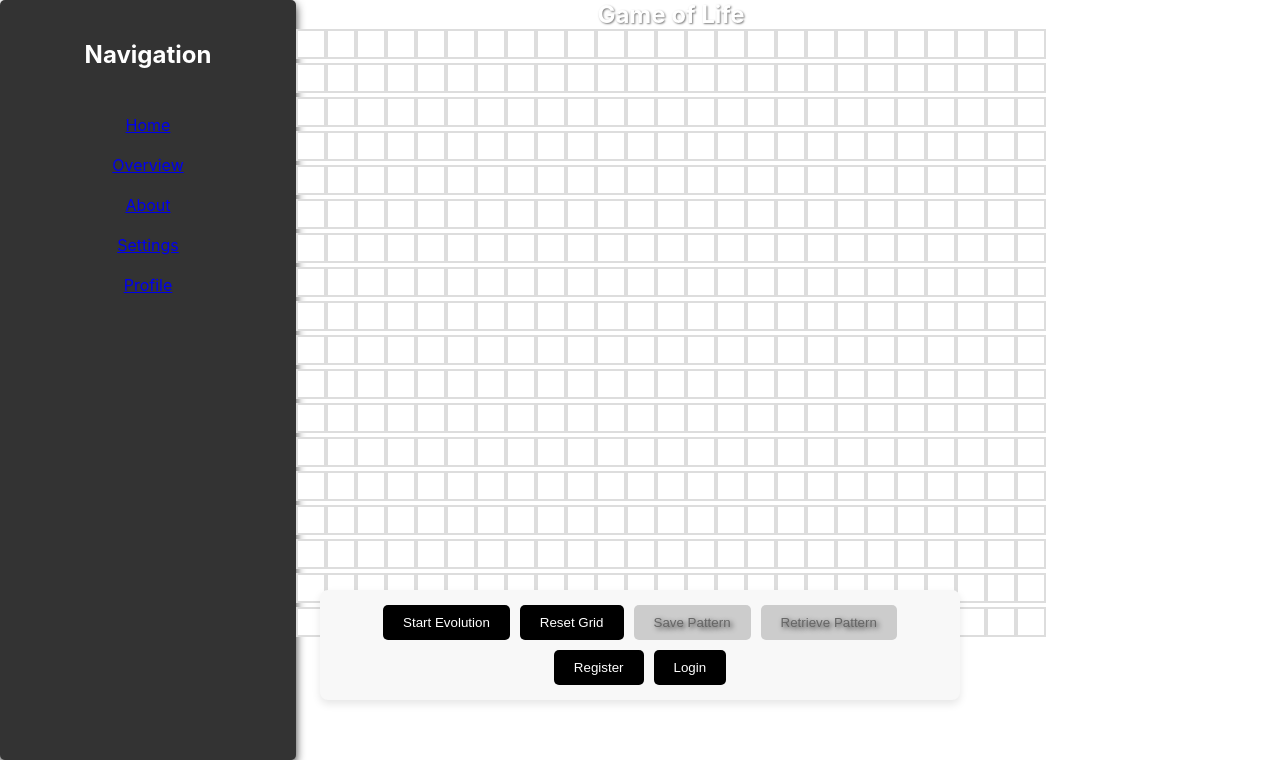
Repository: MarioDiekmann/GameOfLife
Page: /
An editor plug-in stored every save of this project. The page is shown before and after the next save, followed by the edit.
The browser window is 1280 px wide. The pictures show the whole page.
An inner scrolling area shows only its first screen. The project was rebuilt for these pictures with package versions that can differ from the ones it lists, and the page was loaded fresh each time. Also part of the build but not shown: src/components/InputForm.js, src/components/LoadPatternForm.js, src/components/RegistrationForm.js, src/components/LoginForm.js, src/pages/Overview.js.

Above is the page before, as saved 2024-11-06 22:29:03.

After the next save:
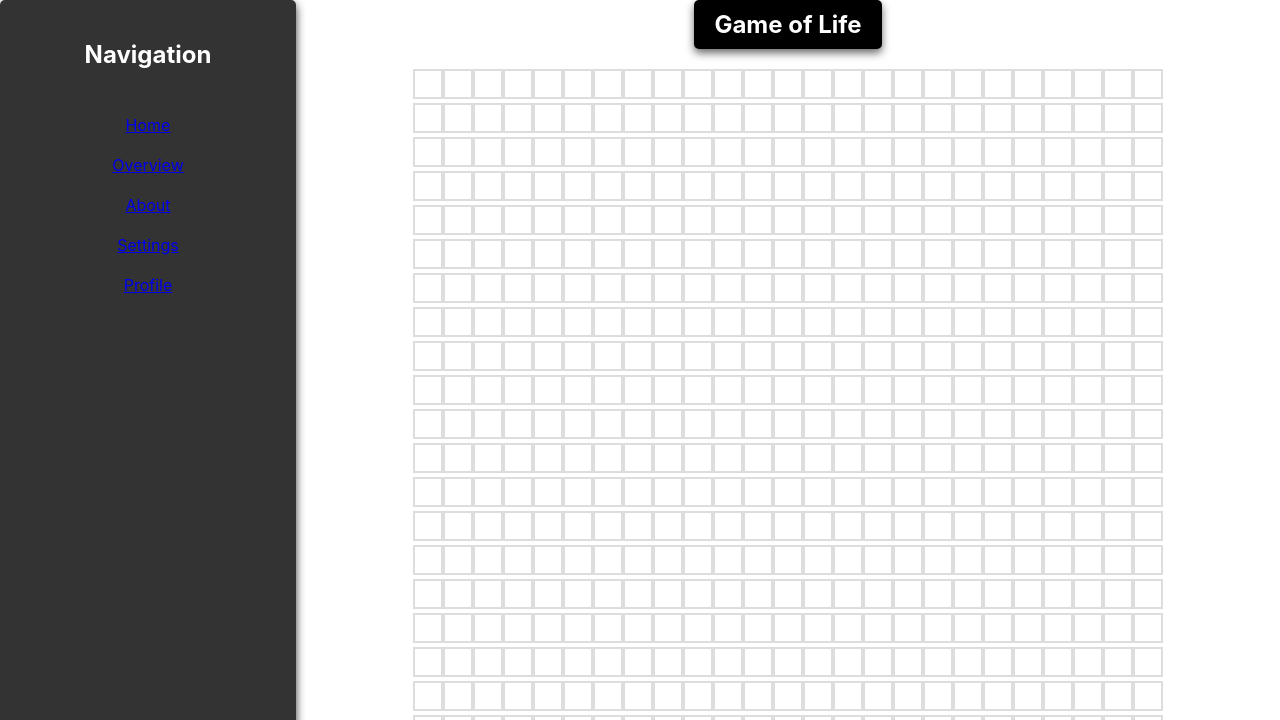
Saved 48 s later.
--- a/src/components/Game.js
+++ b/src/components/Game.js
@@ -282,25 +282,25 @@ const Game = () => {
     return (
         <div style={{ display: 'flex', height: '100vh' }}>
             <NavBar />
-            <div className="game-container">
+            <div style={{ flexGrow: 1, display: 'flex', flexDirection: 'column', alignItems: 'center' }}>
                 <div className="banner">
                     <h1>Game of Life</h1>
                 </div>
-
-                <div className="grid-area">
-                    {renderGrid()}
-                </div>
-
+                <br />
+
+                {renderGrid()}
                 <div className="button-container">
-                    <button className="button" onClick={isEvolving ? stopEvolution : startEvolution}>
-                        {isEvolving ? "Stop Evolution" : "Start Evolution"}
-                    </button>
-                    <button className="button reset-btn" onClick={resetGrid}>Reset Grid</button>
-                    <button className="button" onClick={makeFormVisible} disabled={!tokenPresent}>Save Pattern</button>
-                    <button className="button" onClick={makeRequestVisible} disabled={!tokenPresent}>Retrieve Pattern</button>
-                    <button className="button" onClick={makeRegistrationVisible}>Register</button>
-                    <button className="button" onClick={makeLoginVisible}>{token ? "Logout" : "Login"}</button>
-                </div>
+    <button className="button" onClick={isEvolving ? stopEvolution : startEvolution}>
+        {isEvolving ? "Stop Evolution" : "Start Evolution"}
+    </button>
+    <button className="button reset-btn" onClick={resetGrid}>Reset Grid</button>
+    {/*<div>EPOCHS: {epochs}</div>*/}
+    <button className="button" onClick={makeFormVisible} disabled={!tokenPresent}>Save Pattern</button>
+    <button className="button" onClick={makeRequestVisible} disabled={!tokenPresent}> Retrieve Pattern</button>
+    <button className="button" onClick={makeRegistrationVisible}>Register</button>
+    <button className="button" onClick={makeLoginVisible}>{token ? "Logout" : "Login"}</button>
+</div>
+
 
                 {/* Show the form conditionally */}
                 {isFormVisible && (
@@ -313,7 +313,7 @@ const Game = () => {
                 {patternRequested && (
                     <div className="popup-overlay">
                         <div className="popup-content">
-                            <LoadPatternForm onSubmit={closeForm} dataHandling={retrievePattern} />
+                            <LoadPatternForm onSubmit={closeForm} dataHandling={retrievePattern}  />
                         </div>
                     </div>
                 )}
@@ -334,7 +334,6 @@ const Game = () => {
             </div>
         </div>
     );
-
 };
 
 export default Game;
--- a/src/components/Game.css
+++ b/src/components/Game.css
@@ -1,44 +1,51 @@
-/* Set the height and make it scrollable if necessary */
-.game-container {
+/* Ensures the Game component fills the viewport */
+html, body {
+    height: 100%;
+    margin: 0;
+    overflow: hidden;
+}
+
+#root, .Game-container {
+    height: 100%;
     display: flex;
     flex-direction: column;
-    align-items: center;
-    height: calc(100vh - 80px); /* Adjusted to keep space for buttons */
-    overflow-y: auto; /* Allows scrolling within the game area */
 }
 
-/* Position the button container at the bottom */
+/* Center content and ensure full-screen fit */
 .button-container {
-    position: fixed; /* Fixes it at the bottom of the viewport */
-    bottom: 20px; /* Adds some spacing from the bottom */
-    left: 50%;
-    transform: translateX(-50%);
-    background-color: #f8f8f8;
-    padding: 10px;
-    border-radius: 8px;
-    box-shadow: 0 4px 8px rgba(0, 0, 0, 0.1);
-    z-index: 10; /* Keeps buttons above other elements */
+    display: flex;
+    justify-content: center;
+    margin-top: 10px;
 }
 
-/* Ensure the grid area has a responsive height */
-.grid-area {
-    flex-grow: 1;
-    overflow: auto;
-    display: flex;
-    flex-direction: column;
-    align-items: center;
+.banner {
+    background-color: black;
+    padding: 10px 20px;
+    text-align: center;
+    box-shadow: 0 4px 8px rgba(0, 0, 0, 0.6);
+    border-radius: 5px;
 }
 
-/* Additional styling for buttons */
+.banner h1 {
+    color: white;
+    font-size: 2.5em;
+    text-shadow: 2px 2px 5px rgba(0, 0, 0, 0.8);
+    margin: 0;
+}
+
 .button {
-    padding: 10px 20px;
-    margin: 5px;
     background-color: black;
     color: white;
+    padding: 10px 20px;
     border: none;
     border-radius: 5px;
     cursor: pointer;
+    margin: 5px;
     text-shadow: 2px 2px 5px rgba(0, 0, 0, 0.8);
+}
+
+.button:hover {
+    background-color: #333;
 }
 
 .button:disabled {
@@ -46,3 +53,25 @@
     color: #666;
     cursor: not-allowed;
 }
+
+/* Overlay for modals */
+.popup-overlay {
+    position: fixed;
+    top: 0;
+    left: 0;
+    width: 100vw;
+    height: 100vh;
+    background: rgba(0, 0, 0, 0.5);
+    display: flex;
+    justify-content: center;
+    align-items: center;
+    z-index: 1000;
+}
+
+.popup-content {
+    background: white;
+    padding: 20px;
+    border-radius: 8px;
+    box-shadow: 0 4px 8px rgba(0, 0, 0, 0.1);
+    width: 300px;
+}
